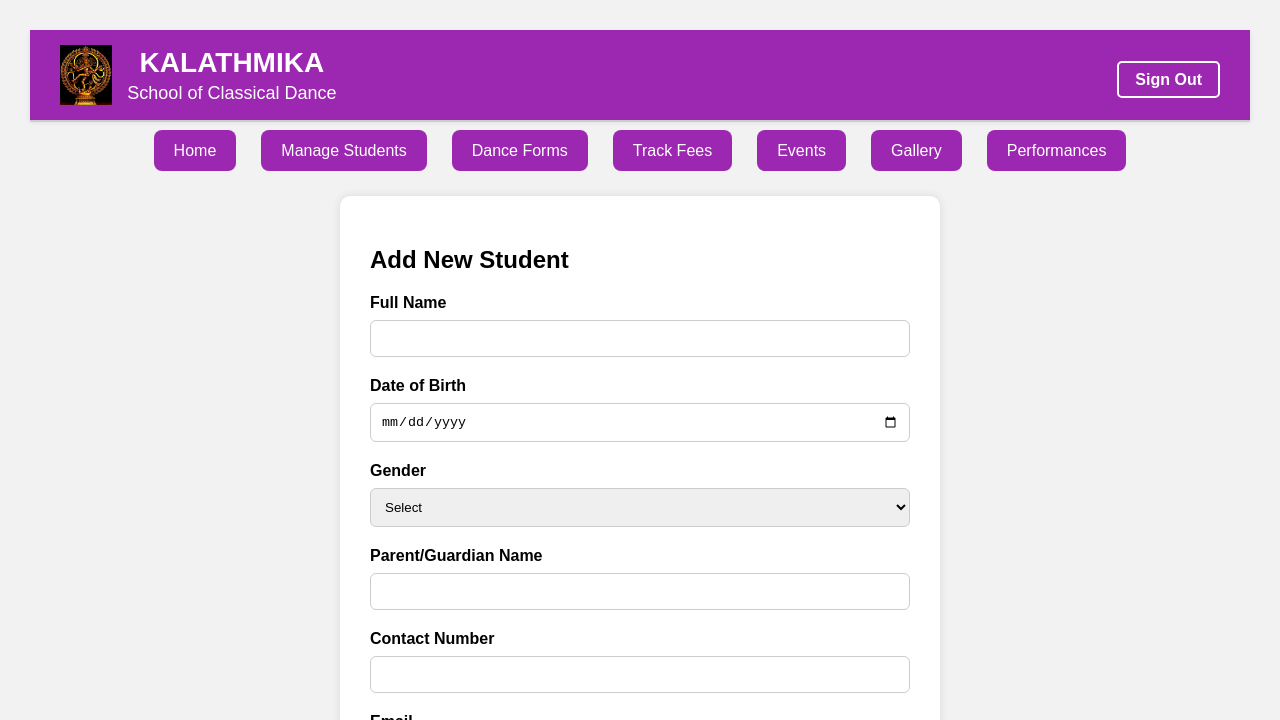
Repository: ammubancilal/LUMINAR-JDK17-STS4-SPRINGBOOT-KALATHMIKA-DANCESCHOOL
Page: http://localhost/springboot-jsp-kalathmika/WEB-INF/jsp/addNewStudent.jsp
The author's editor kept a copy of each file at every save. The page is drawn from the files as they stood at one save, then again after the next save.
The browser window is 1280 px wide. The pictures show the whole page.
An inner scrolling area shows only its first screen. The page is served by Tomcat 9. Nobody is signed in. Other server files are loaded and not shown. The template is opened directly, without the code that normally fills it, so the values that code supplies are empty.

Above is the page before, as saved 2025-04-23 12:38:43.

### springboot-jsp-kalathmika/src/main/webapp/WEB-INF/jsp/addNewStudent.jsp
<%@ page contentType="text/html;charset=UTF-8" language="java" %>
<%@ include file="header.jsp" %>
<!DOCTYPE html>
<html>
<head>
    <title>Add New Student</title>
    <style>
     ul.nav-menu {
            list-style-type: none;
            padding: 0;
            margin: 20px auto 0 auto;
            display: flex;
            justify-content: center;
            gap: 25px;
        }

        ul.nav-menu li a {
            text-decoration: none;
            background-color: #9C27B0;
            color: white;
            padding: 12px 20px;
            border-radius: 8px;
        }

        ul.nav-menu li a:hover {
            background-color: #7B1FA2;
        }
        body {
            font-family: Arial, sans-serif;
            background: #f2f2f2;
            padding: 30px;
        }

        .form-container {
            max-width: 600px;
            margin: auto;
            background: white;
            padding: 30px;
            box-shadow: 0 0 10px rgba(0,0,0,0.1);
            border-radius: 10px;
        }



        input, select, textarea {
            width: 100%;
            padding: 10px;
            margin-top: 8px;
            margin-bottom: 20px;
            border: 1px solid #ccc;
            border-radius: 6px;
        }

        label {
            font-weight: bold;
        }

        .btn-submit {
            background-color: #9C27B0;
            color: white;
            padding: 12px;
            border: none;
            border-radius: 8px;
            cursor: pointer;
            width: 100%;
        }

        .btn-submit:hover {
            background-color: #7B1FA2;
        }
    </style>
</head>
<body>

<nav>
    <ul class="nav-menu">
    <li><a href="/admin/dashboard">Home</a></li>
        <li><a href="/admin/manageStudents">Manage Students</a></li>
        <li><a href="/admin/danceForms">Dance Forms</a></li>
        <li><a href="/admin/trackFees">Track Fees</a></li>
        <li><a href="/admin/Events">Events</a></li>
        <li><a href="/admin/Gallery">Gallery</a></li>
        <li><a href="/admin/Performances">Performances</a></li>
    </ul>
</nav>
<br><br>
<div class="form-container">
    <h2>Add New Student</h2>
    <form action="${pageContext.request.contextPath}/admin/saveStudent" method="post">
        <label for="stu_name">Full Name</label>
        <input type="text" id="stu_name" name="stu_name" required>

        <label for="stu_dob">Date of Birth</label>
        <input type="date" id="stu_dob" name="stu_dob" required>

        <label for="stu_gender">Gender</label>
        <select id="stu_gender" name="stu_gender" required>
            <option value="">Select</option>
            <option value="Female">Female</option>
            <option value="Male">Male</option>
            <option value="Other">Other</option>
        </select>

        <label for="stu_parentName">Parent/Guardian Name</label>
        <input type="text" id="stu_parentName" name="stu_parent_name" required>

        <label for="stu_contactNumber">Contact Number</label>
        <input type="text" id="stu_contactNumber" name="stu_contact_number" required>

        <label for="stu_email">Email</label>
        <input type="email" id="stu_email" name="stu_email" required>

        <label for="stu_address">Address</label>
        <textarea id="stu_address" name="stu_address" rows="3" required></textarea>

        <label for="stu_dateOfjoin">Date of Joining</label>
        <input type="date" id="stu_dateOfjoin" name="stu_dateof_join" required>

        <label for="stu_danceForm">Dance Form</label>
        <select id="stu_danceForm" name="stu_dance_form" required>
            <option value="">Select</option>
            <option value="Bharatanatyam">Bharatanatyam</option>
            <option value="Kuchipudi">Kuchipudi</option>
            <option value="Mohiniyattam">Mohiniyattam</option>
        </select>

        <label for="stu_level">Level</label>
        <select id="stu_level" name="stu_level" required>
            <option value="">Select</option>
            <option value="Beginner">Beginner</option>
            <option value="Intermediate">Intermediate</option>
            <option value="Advanced">Advanced</option>
        </select>

        <button type="submit" class="btn-submit">Add Student</button>
    </form>
</div>

</body>
</html>
<%@ include file="footer.jsp" %>

### springboot-jsp-kalathmika/src/main/webapp/WEB-INF/jsp/header.jsp
<%@ page contentType="text/html;charset=UTF-8"%>
<!DOCTYPE html>
<html lang="en">
<head>
    <meta charset="UTF-8">
    <meta name="viewport" content="width=device-width, initial-scale=1.0">
    <title>Kalathmika Admin Dashboard</title>
    <style>
       html, body {
    height: 100%;
    margin: 0;
    padding: 0;
    overflow-x: hidden; /* 👈 Prevents horizontal scroll */
    box-sizing: border-box; /* 👈 Makes widths/paddings behave properly */
    background-color: #f4f4f4;
}

* {
    box-sizing: inherit;
    max-width: 100%; /* Prevents child elements from breaking the layout */
}

        /* Header section styling */
        .header {
            background-color: #9C27B0;
            padding: 15px 30px;
            display: flex;
            justify-content: space-between;
            align-items: center;
            box-shadow: 0 2px 5px rgba(0, 0, 0, 0.1);
            color: white;
            flex-wrap: wrap;
            width: 100%; /* Add this */

        }

        .header-left {
            display: flex;
            align-items: center;
            gap: 15px;
        }

        .header-left img {
            height: 60px;
            width: auto;
        }

        .text-block {
            display: flex;
            flex-direction: column;
            justify-content: center;
            text-align: center;
        }

        .text-block h1 {
            margin: 0;
            font-size: 28px;
            font-weight: bold;
        }

        .text-block h2 {
            margin: 4px 0 0 0;
            font-size: 18px;
            font-weight: normal;
        }

        .header-right {
            margin-top: 10px;
        }

        .header-right a {
            text-decoration: none;
            color: white;
            font-weight: bold;
            padding: 8px 16px;
            border: 2px solid white;
            border-radius: 5px;
            transition: background-color 0.3s, color 0.3s;
        }

        .header-right a:hover {
            background-color: white;
            color: #9C27B0;
        }

        hr {
            border: 1px solid #ccc;
            margin: 0;
        }

        /* Responsive design */
        @media (max-width: 600px) {
            .header {
                flex-direction: column;
                text-align: center;
            }

            .header-left {
                flex-direction: column;
                align-items: center;
            }

            .header-right {
                margin-top: 10px;
            }

            .text-block h1 {
                font-size: 22px;
            }

            .text-block h2 {
                font-size: 16px;
            }
        }
    </style>
</head>
<body>

    <div class="header">
        <div class="header-left">
            <img src="${pageContext.request.contextPath}/images/nadaraja.jpg" alt="Kalathmika Logo">
            <div class="text-block">
                <h1>KALATHMIKA</h1>
                <h2>School of Classical Dance</h2>
            </div>
        </div>
        <div class="header-right">
            <a href="${pageContext.request.contextPath}/index">Sign Out</a>
        </div>
    </div>

    <hr>

</body>
</html>

### springboot-jsp-kalathmika/src/main/webapp/WEB-INF/jsp/footer.jsp
<%@ page contentType="text/html;charset=UTF-8" %>
<!DOCTYPE html>
<html lang="en">
<head>
    <meta charset="UTF-8">
    <meta name="viewport" content="width=device-width, initial-scale=1.0">
    <title>Kalathmika Footer</title>
    <style>
        /* General styling for the body and layout */
        html, body {
            height: 100%; /* Ensures the body takes up the full height of the screen */
            margin: 0; /* Removes default margin */
            display: flex;
            flex-direction: column; /* Stacks the content vertically */
        }

        /* Main content area */
        .content {
            flex-grow: 1; /* Takes up the remaining space to push the footer to the bottom */
        }

        /* Footer section styling */
        .footer {
            text-align: center;
            padding: 20px;
            font-size: 16px;
            color: #fff;
            background-color: #9C27B0;
            border-top: 1px solid #ccc;
            margin-top: auto; /* Push footer to bottom if there's space */
        width: 100%;
        }

        .footer a {
            color: #fff;
            text-decoration: none;
        }

        .footer a:hover {
            text-decoration: underline;
        }
    </style>
</head>
<body>

   <!--  <div class="content">
        Your main content goes here

    </div> -->

    <div class="footer">
        &copy; 2025 Kalathmika Dance School. All rights reserved.
    </div>

</body>
</html>

After the next save:
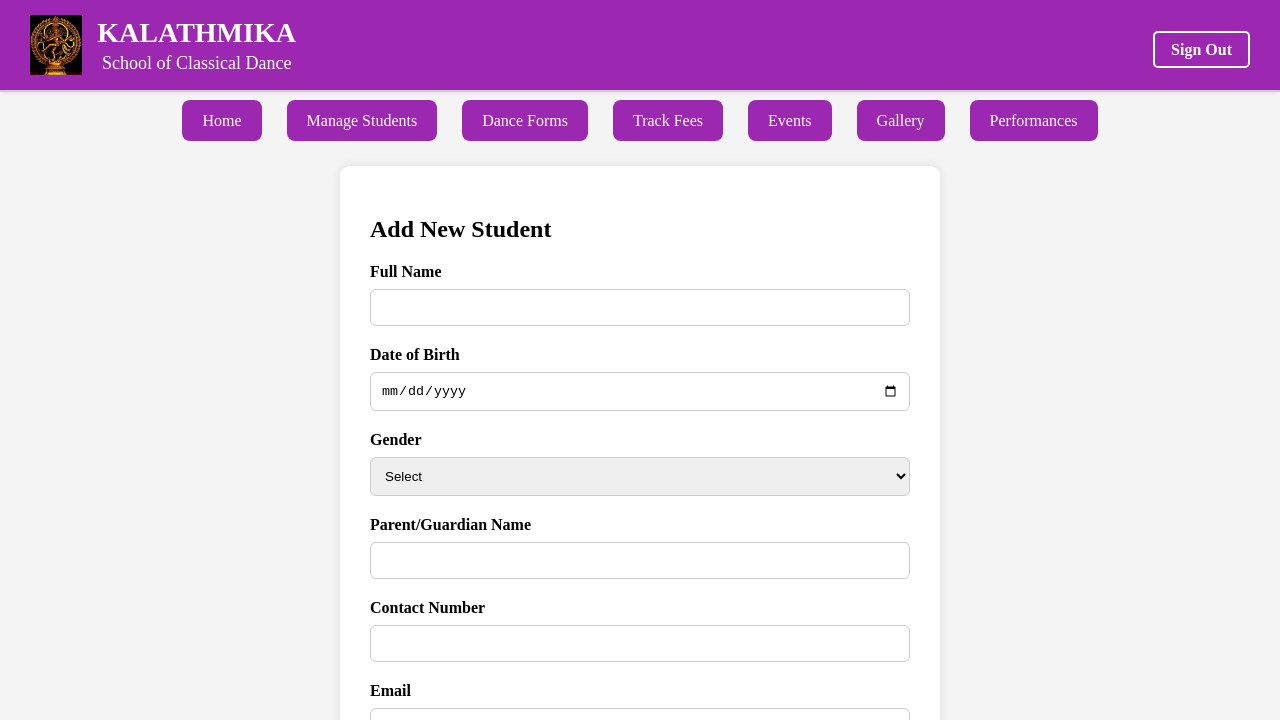
Saved 2 h 47 min later.
--- a/springboot-jsp-kalathmika/src/main/webapp/WEB-INF/jsp/addNewStudent.jsp
+++ b/springboot-jsp-kalathmika/src/main/webapp/WEB-INF/jsp/addNewStudent.jsp
@@ -25,12 +25,12 @@
         ul.nav-menu li a:hover {
             background-color: #7B1FA2;
         }
-        body {
+        /* body {
             font-family: Arial, sans-serif;
             background: #f2f2f2;
             padding: 30px;
         }
-
+ */
         .form-container {
             max-width: 600px;
             margin: auto;
